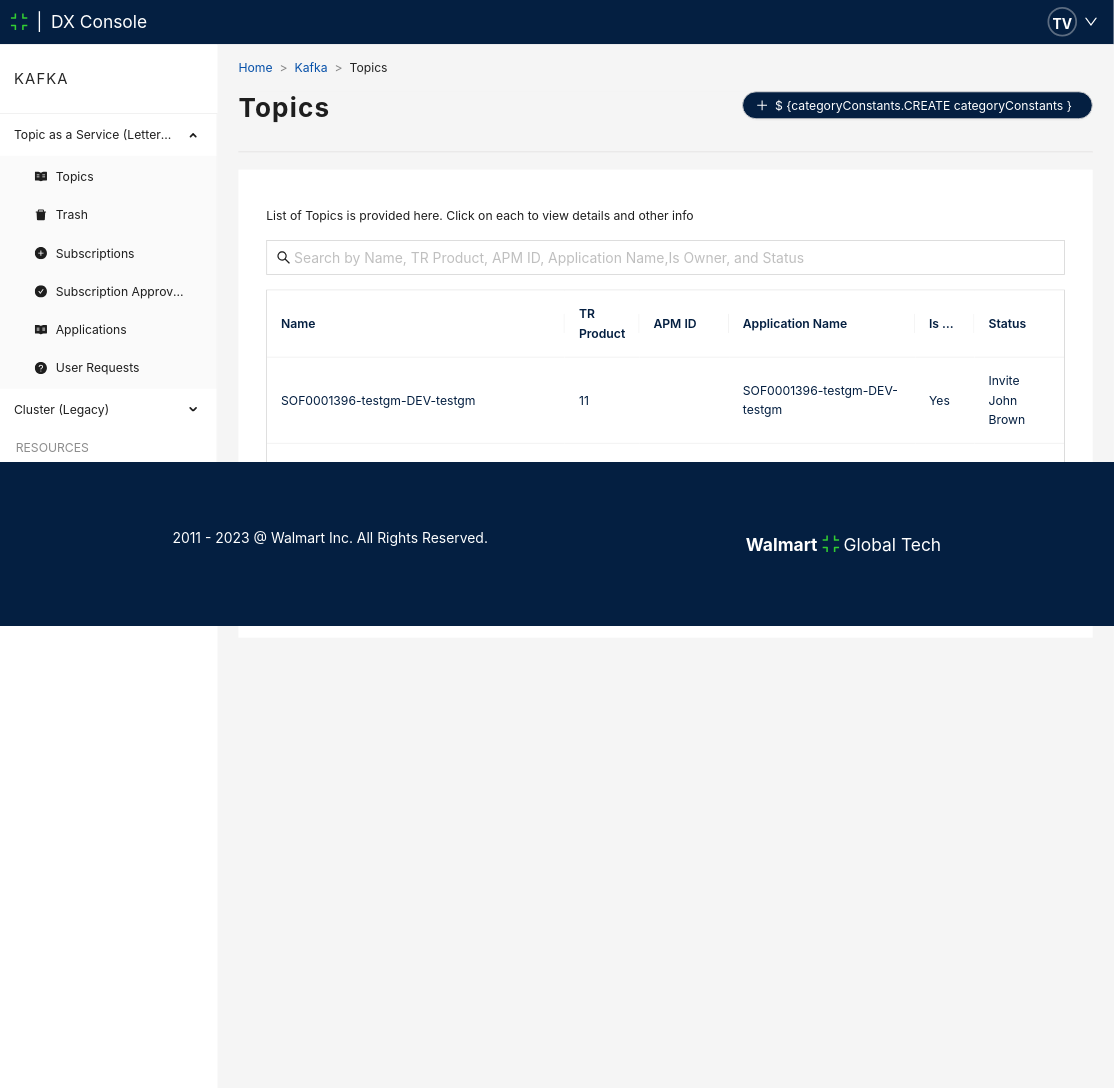
Repository: Qianying-Chai/kafka
Page: /kafka/topics
These files come from the project's save history. The page is drawn as it stood at one moment and after the next save; the edit follows.
The browser window is 1280 px wide. The pictures show the whole page, at 87% of full size.
The project was rebuilt for these pictures with package versions that can differ from the ones it lists, and the page was loaded fresh each time. Also part of the build but not shown: src/pages/Taas/Trash/Style/Trash.css, src/pages/Taas/Trash/Trash.jsx, src/pages/Taas/SubscriptionApprovals/SubscriptionApprovals.jsx, src/pages/Taas/Subscriptions/SubscriptionsNonProxy/SubscriptionsNonProxy.jsx, src/pages/Taas/Subscriptions/SubscriptionsProxy/SubscriptionsProxy.jsx, src/pages/Taas/Applications/Applications.jsx, src/pages/Taas/UserRequests/UserRequests.jsx, src/pages/Cluster/Style/Clusters.css and 7 more.

Above is the page before, as saved 2024-01-15 15:56:32.

After the next save:
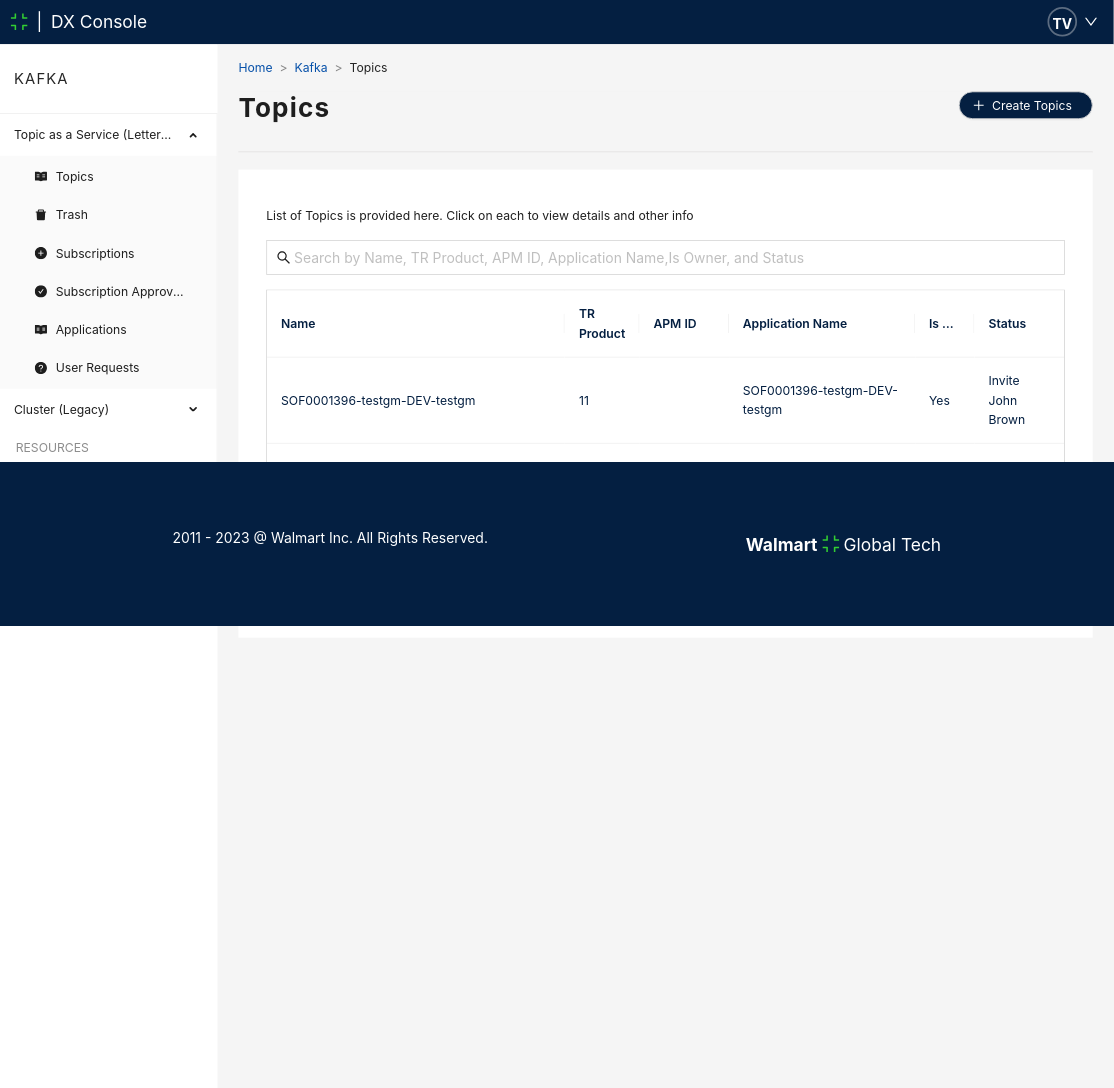
Saved 28 s later.
--- a/src/pages/Taas/Topics/Topics.jsx
+++ b/src/pages/Taas/Topics/Topics.jsx
@@ -132,7 +132,7 @@
           <ComponentsTitle title={categoryConstants.TOPICS} />
           <Button shape="round" size="medium" className="content-banner-button">
             <PlusOutlined />
-            {`$ {categoryConstants.CREATE categoryConstants }`}
+            {categoryConstants.CREATE_TOPICS}
             <Link
               to={`/kafka/${categoryConstants.TOPICS.toLowerCase()}/create`}
             ></Link>
